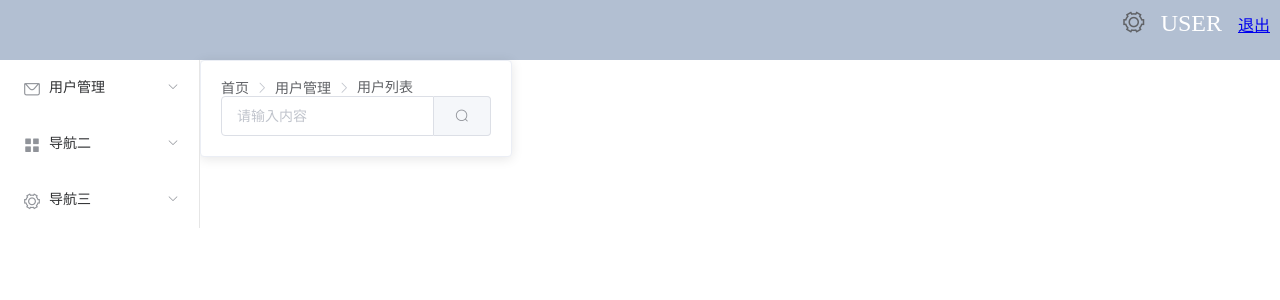
Repository: euphor1azzy/testlist
Page: /#/users (app in list/)
The author's editor kept a copy of each file at every save. The page is drawn from the files as they stood at one save, then again after the next save.
The browser window is 1280 px wide. The pictures show the whole page.
The project was rebuilt for these pictures with package versions that can differ from the ones it lists, and the page was loaded fresh each time. Also part of the build but not shown: list/src/views/login/login.vue.

Above is the page before, as saved 2020-08-25 17:21:49.

After the next save:
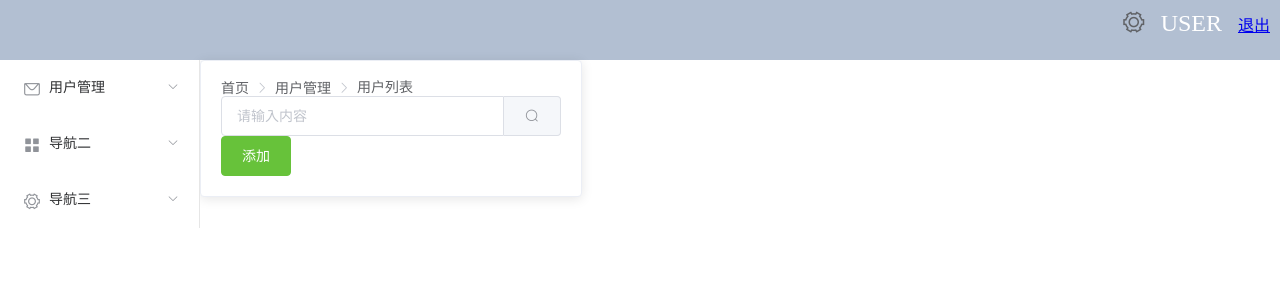
Saved 83 s later.
--- a/list/src/components/users/users.vue
+++ b/list/src/components/users/users.vue
@@ -16,6 +16,7 @@
                      <el-input placeholder="请输入内容" v-model="input3" class="input-with-select">
                           <el-button  slot="append" icon="el-icon-search"></el-button>
                      </el-input>
+                      <el-button type="success">添加</el-button>
         </el-col>
     </el-row>
 </el-card>
